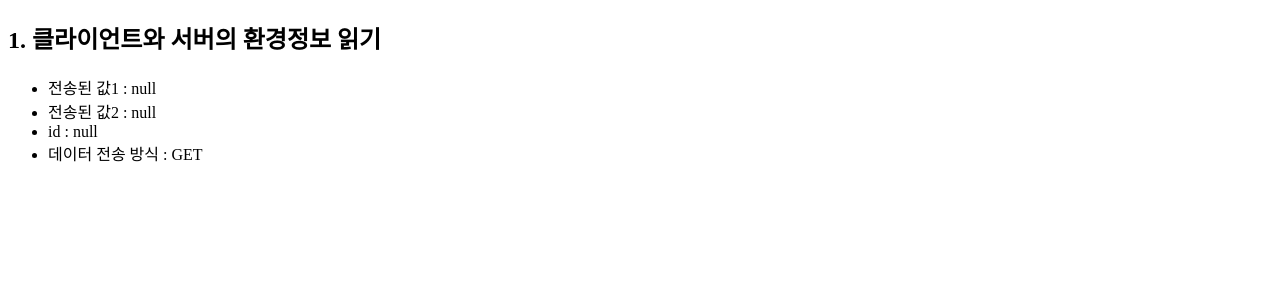
Repository: ahwaboin3/eclipse-workspace-jsp
Page: http://localhost/MustHaveJSP/RequestWebInfo.jsp
The author's editor kept a copy of each file at every save. The page is drawn from the files as they stood at one save, then again after the next save.
The browser window is 1280 px wide. The pictures show the whole page.
The page is served by Tomcat 10.

Above is the page before, as saved 2025-05-21 05:06:37.

After the next save:
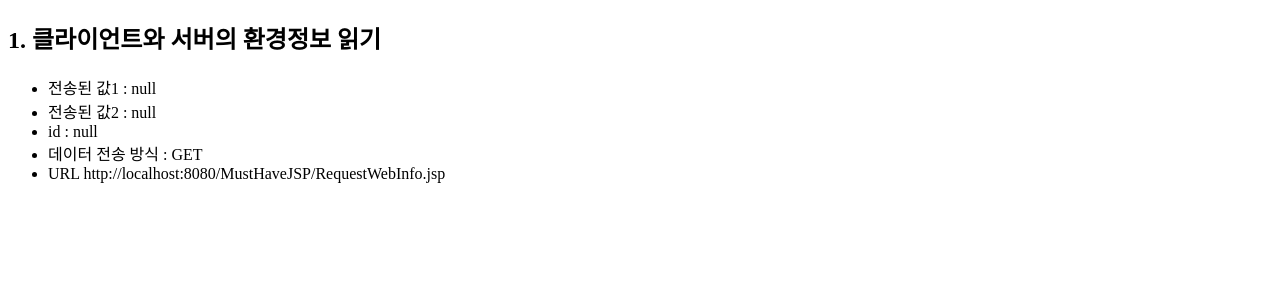
Saved 2 min 2 s later.
--- a/MustHaveJSP/src/main/webapp/RequestWebInfo.jsp
+++ b/MustHaveJSP/src/main/webapp/RequestWebInfo.jsp
@@ -13,6 +13,9 @@
 		<li>전송된 값2 : <%=request.getParameter("han") %></li>
 		<li>id : <%=request.getParameter("id") %></li>
 		<li>데이터 전송 방식 : <%=request.getMethod() %></li>
+		<!-- URL - 주소
+		 -->
+		<li>URL <%=request.getRequestURL() %></li>
 	</ul>
 </body>
 </html>
